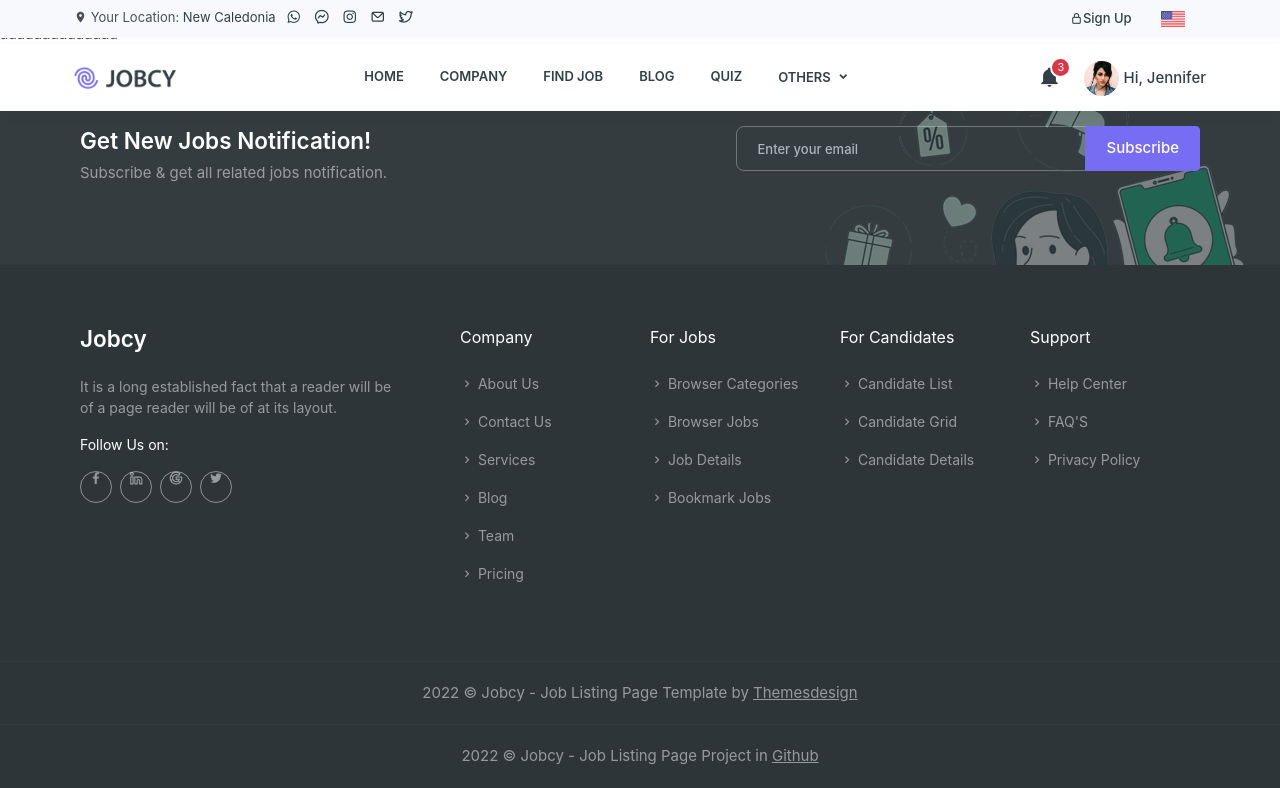
Repository: waflol/hrpm-frontend
Page: / (app in frontend/)
An editor plug-in stored every save of this project. The page is shown before and after the next save, followed by the edit.
The browser window is 1280 px wide. The pictures show the whole page.
The project was rebuilt for these pictures with package versions that can differ from the ones it lists, and the page was loaded fresh each time. Also part of the build but not shown: frontend/craco.config.js, frontend/src/shared/components/Navigations/LoginButton.jsx.

Above is the page before, as saved 2022-10-13 15:18:14.

### frontend/src/App.js
import MainNavBar from './shared/components/Navigations/MainNavBar';
import MainTopBar from './shared/components/TopBar/MainTopBar';
import { BrowserRouter, Routes, Route } from 'react-router-dom';
import Footer from './shared/components/Footer';
function App() {
  return (
    <div className="App">
      <BrowserRouter>
        <Routes>
          <Route
            path='/'
            element={
              <div>
                <div>
                  <MainTopBar/>
                  <MainNavBar/>
                </div>
                <section>
                  <br/>
                  <div>
                    aaaaaaaaaaaaaa
                  </div>
                </section>
                <div>
                <Footer/>
                </div>

              </div>
            }>
          </Route>
        </Routes>
      </BrowserRouter>
    </div>
  );
}

export default App;

### frontend/src/shared/components/Navigations/MainNavBar.jsx
import React from "react";
import {Container} from "reactstrap";
import LogoCompany from "./LogoCompany";
import NavToggler from "./NavToggler";
import Notification from "./Notification";
import UserSetting from "./UserSetting";
import LoginButton from "./LoginButton";
const MainNavBar = () => {
  return (
    <React.Fragment>
      <nav className="navbar navbar-expand-lg fixed-top sticky p-0 " id="navigation">
        <Container fluid className="custom-container">
          <LogoCompany/>
          <NavToggler/>

          <ul className="header-menu list-inline d-flex align-items-center mb-0">
            <Notification/>
            <UserSetting/>
          </ul>
        </Container>
      </nav>
    </React.Fragment>
  )
}

export default MainNavBar;

### frontend/src/shared/components/TopBar/MainTopBar.jsx
import React from "react";
import {Col, Container, Row} from "reactstrap";

import YourLocations from "./YourLocations";
import SignUpLink from "./SignUpLink";
import LanguageSelector from "./LanguageSelector";

const MainTopBar = () => {
  return (
    <React.Fragment>
      <div className="top-bar" style={{zIndex: 1030}}>
        <Container fluid className="custom-container">
          <Row className="g-0 align-items-center">
            <YourLocations/>

            <Col md={5}>
              <ul className="list-inline mb-0 text-center text-md-end">
                <SignUpLink/>
                <LanguageSelector/>
              </ul>
            </Col>
          </Row>
        </Container>
      </div>
    </React.Fragment>
  );
};

export default MainTopBar;

### frontend/src/shared/components/Footer/index.jsx
import React from 'react'
import MainFooter from './MainFooter'
import FooterAlt from './FooterAlt'
import Subscribe from './Subscribe'
const Index = () => {
  return (
    <React.Fragment>
        <Subscribe/>
        <MainFooter/>
        <FooterAlt/>
    </React.Fragment>
  )
}

export default Index

### frontend/src/shared/components/Navigations/LogoCompany.jsx
import React from 'react'
import { Link } from 'react-router-dom';
import darkLogo from "../../../assets/images/logo-dark.png";
import lightLogo from "../../../assets/images/logo-light.png";
const LogoCompany = () => {
    return (
        <Link className="navbar-brand text-dark fw-bold me-auto" to="/">
            <img src={darkLogo} height="22" alt="" className="logo-dark" />
            <img src={lightLogo} height="22" alt="" className="logo-light" />
        </Link>
    )
}

export default LogoCompany

### frontend/src/shared/components/Navigations/NavToggler.jsx
import React, { useState } from "react";
import NavLinks from "./NavLinks";
import { Collapse, NavbarToggler } from "reactstrap";
const NavToggler = () => {
    const [isOpen, setIsOpen] = useState(false);
    const toggle = () => setIsOpen(!isOpen);
    return (
        <>
            <div>
                <NavbarToggler className="me-3" type="button" onClick={() => toggle()}>
                    <i className="mdi mdi-menu"></i>
                </NavbarToggler>
            </div>
            <Collapse isOpen={isOpen} className="navbar-collapse" id="navbarCollapse">
                <NavLinks />
            </Collapse>
        </>

    )
}

export default NavToggler;

### frontend/src/shared/components/Navigations/UserSetting.jsx
import React, { useState } from "react";
import {
    Dropdown,
    DropdownToggle,
    DropdownMenu,
} from "reactstrap";
import profileImage from "../../../assets/images/profile.jpg";
import { Link } from 'react-router-dom';

const UserSetting = () => {
    const [userProfile, setUserProfile] = useState(false);
    const dropDownuserprofile = () => setUserProfile((prevState) => !prevState);
    return (
        <Dropdown
            onClick={() => setUserProfile(!userProfile)}
            isOpen={userProfile}
            toggle={dropDownuserprofile}
            className="list-inline-item">
            <DropdownToggle to="#" className="header-item" id="userdropdown" type="button" tag="a" aria-expanded="false">
                <img src={profileImage} alt="mdo" width="35" height="35" className="rounded-circle me-1" />
                <span className="d-none d-md-inline-block fw-medium">Hi, Jennifer</span>
            </DropdownToggle>
            <DropdownMenu className="dropdown-menu-end" aria-labelledby="userdropdown" end>
                <li><Link className="dropdown-item" to="/managejobs">Manage Jobs</Link></li>
                <li><Link className="dropdown-item" to="/bookmarkjobs">Bookmarks Jobs</Link></li>
                <li><Link className="dropdown-item" to="/myprofile">My Profile</Link></li>
                <li><Link className="dropdown-item" to="/signout">Logout</Link></li>
            </DropdownMenu>
        </Dropdown>
    )
}

export default UserSetting

### frontend/src/shared/components/TopBar/YourLocations.jsx
import React from "react";
import {Col} from "reactstrap";
import { Link } from "react-router-dom";
import { iconTobar } from "./IconBar";
//import images

const YourLocations = () => {
    return (
        <Col md={7}>
            <ul className="list-inline mb-0 text-center text-md-start">
                <li className="list-inline-item">
                    <p className="fs-13 mb-0">
                        {" "}
                        <i className="mdi mdi-map-marker"></i> Your Location:{" "}
                        <Link to="#" className="text-dark">
                            New Caledonia
                        </Link>
                    </p>
                </li>
                <li className="list-inline-item">
                    <ul className="topbar-social-menu list-inline mb-0">
                        {(iconTobar || []).map((icon, key) => (
                            <li className="list-inline-item" key={key}>
                                <Link to="/" className="social-link">
                                    <i className={icon.classname}></i>
                                </Link>
                            </li>
                        ))}
                    </ul>
                </li>
            </ul>
        </Col>
    )
}

export default YourLocations

### frontend/src/shared/components/TopBar/LanguageSelector.jsx
import React, { useState } from "react";
import {
    Dropdown,
    DropdownToggle,
    DropdownMenu,
    DropdownItem,
} from "reactstrap";

//import images
import flagUs from "../../../assets/images/flags/us.jpg";
import flagSp from "../../../assets/images/flags/spain.jpg";
import flagGr from "../../../assets/images/flags/germany.jpg";
import flagIt from "../../../assets/images/flags/italy.jpg";
import flagRu from "../../../assets/images/flags/russia.jpg";

const LanguageSelector = () => {
    //Language Dropdown
    const [dropdownOpen, setDropdownOpen] = useState(false);

    const toggle = () => setDropdownOpen((prevState) => !prevState);
    return (
        <li className="list-inline-item align-middle">
            <Dropdown
                isOpen={dropdownOpen}
                toggle={toggle}
                className="d-inline-block language-switch"

            >
                <DropdownToggle tag="button" type="button" className="btn">
                    <img
                        src={flagUs}
                        alt=""
                        height="16"
                    />
                </DropdownToggle>

                <DropdownMenu className="dropdown-menu-end" end>
                    <DropdownItem
                        to="/"
                        className="dropdown-item notify-item language"
                        data-lang="eng"
                    >
                        <img
                            src={flagUs}
                            alt=""
                            className="me-1"
                            height="12"
                        />
                        <span className="align-middle">English</span>
                    </DropdownItem>
                    <DropdownItem
                        to="/"
                        className="dropdown-item notify-item language"
                        data-lang="sp"
                    >
                        <img
                            src={flagSp}
                            alt=""
                            className="me-1"
                            height="12"
                        />
                        <span className="align-middle">Spanish</span>
                    </DropdownItem>
                    <DropdownItem
                        to="/"
                        className="dropdown-item notify-item language"
                        data-lang="gr"
                    >
                        <img
                            src={flagGr}
                            alt=""
                            className="me-1"
                            height="12"
                        />
                        <span className="align-middle">German</span>
                    </DropdownItem>
                    <DropdownItem
                        to="/"
                        className="dropdown-item notify-item language"
                        data-lang="it"
                    >
                        <img
                            src={flagIt}
                            alt=""
                            className="me-1"
                            height="12"
                        />
                        <span className="align-middle">Italian</span>
                    </DropdownItem>
                    <DropdownItem
                        to="/"
                        className="dropdown-item notify-item language"
                        data-lang="ru"
                    >
                        <img
                            src={flagRu}
                            alt=""
                            className="me-1"
                            height="12"
                        />
                        <span className="align-middle">Russian</span>
                    </DropdownItem>
                </DropdownMenu>
            </Dropdown>
        </li>
    )
}

export default LanguageSelector

### frontend/src/shared/components/Footer/MainFooter.jsx
import React from 'react'
import { Row, Col, Container } from 'reactstrap'
import { Link } from "react-router-dom";
const MainFooter = () => {
  const footer = [
    {
        id: 1,
        title: "Company",
        menu: [
            {
                id: 1,
                link: "/about",
                subTitle: "About Us"
            },
            {
                id: 2,
                link: "/contact",
                subTitle: "Contact Us"
            },
            {
                id: 3,
                link: "/services",
                subTitle: "Services"
            },
            {
                id: 4,
                link: "/blog",
                subTitle: "Blog"
            },
            {
                id: 5,
                link: "/team",
                subTitle: "Team"
            },
            {
                id: 6,
                link: "/pricing",
                subTitle: "Pricing"
            },
        ]
    },
    {
        id: 2,
        title: "For Jobs",
        menu: [
            {
                id: 1,
                link: "/jobscategories",
                subTitle: "Browser Categories"
            },
            {
                id: 2,
                link: "/joblist",
                subTitle: "Browser Jobs"
            },
            {
                id: 3,
                link: "/jobdetails",
                subTitle: "Job Details"
            },
            {
                id: 4,
                link: "/bookmarkjobs",
                subTitle: "Bookmark Jobs"
            },
        ]
    },
    {
        id: 3,
        title: "For Candidates",
        menu: [
            {
                id: 1,
                link: "/candidatelist",
                subTitle: "Candidate List"
            },
            {
                id: 2,
                link: "/candidategrid",
                subTitle: "Candidate Grid"
            },
            {
                id: 3,
                link: "/candidatedetails",
                subTitle: "Candidate Details"
            }
        ]
    },
    {
        id: 4,
        title: "Support",
        menu: [
            {
                id: 1,
                link: "/contact",
                subTitle: "Help Center"
            },
            {
                id: 2,
                link: "/faqs",
                subTitle: "FAQ'S"
            },
            {
                id: 3,
                link: "/privacyandpolicy",
                subTitle: "Privacy Policy"
            }
        ]
    },
];
const footerIcons = [
    {
        id: 1,
        socialIcon: "uil uil-facebook-f",
    },
    {
        id: 2,
        socialIcon: "uil uil-linkedin-alt",
    },
    {
        id: 3,
        socialIcon: "uil uil-google",
    },
    {
        id: 4,
        socialIcon: "uil uil-twitter",
    }
];
return (
    <React.Fragment>
        <section className="bg-footer">
            <Container>
                <Row>
                    <Col lg={4}>
                        <div className="footer-item mt-4 mt-lg-0 me-lg-5">
                            <h4 className="text-white mb-4">Jobcy</h4>
                            <p className="text-white-50">It is a long established fact that a reader will be of a page reader
                                will be of at its layout.</p>
                            <p className="text-white mt-3">Follow Us on:</p>
                            <ul className="footer-social-menu list-inline mb-0" >
                                {(footerIcons).map((footerIcondetails, key) => (
                                    <li className="list-inline-item" key={key}>
                                        <Link to="#" className=""><i className={footerIcondetails.socialIcon}></i></Link>
                                    </li>
                                ))}
                            </ul>
                        </div>
                    </Col>
                    {(footer).map((footerdetails, key) => (
                        <Col lg={2} xs={6} key={key}>
                            <div className="footer-item mt-4 mt-lg-0">
                                <p className="fs-16 text-white mb-4">{footerdetails.title}</p>
                                {(footerdetails.menu || []).map((menuInner, key) => (
                                    <ul className="list-unstyled footer-list mb-0" key={key}>
                                        <li><Link to={menuInner.link}><i className="mdi mdi-chevron-right"></i> {menuInner.subTitle}</Link></li>
                                    </ul>
                                ))}
                            </div>
                        </Col>
                    ))}
                </Row>
            </Container>
        </section>
        <div className="footer-alt">
            <Container >
                <Row >
                    <Col lg={12}>
                        <p className="text-white-50 text-center mb-0">
                            {new Date().getFullYear()} &copy; Jobcy - Job Listing Page
                            Template by <Link to="//themesdesign.in/" target="_blank"
                                className="text-reset text-decoration-underline">Themesdesign</Link>
                        </p>
                    </Col>
                </Row>
            </Container>
        </div>
    </React.Fragment>
)
}

export default MainFooter

### frontend/src/shared/components/Footer/FooterAlt.jsx
import React from 'react'
import { Row, Col, Container } from 'reactstrap'

const FooterAlt = () => {
  return (
    <div className="footer-alt">
      <Container >
        <Row >
          <Col lg={12}>
            <p className="text-white-50 text-center mb-0">
              {new Date().getFullYear()} &copy; Jobcy - Job Listing Page
              Project in <a
                href="https://github.com/waflol/hrpm" target="_blank" rel="noreferrer" className="text-reset text-decoration-underline">
                Github
              </a>
            </p>
          </Col>
        </Row>
      </Container>
    </div>
  )
}

export default FooterAlt

### frontend/src/shared/components/Footer/Subscribe.jsx
import React from 'react';
import { Col, Container, Row } from "reactstrap";

//Import Image
import subscribeImg from "../../../assets/images/subscribe.png";

const Subscribe = () => {
  return (
    <section className="bg-subscribe">
      <Container>
        <Row className="justify-content-between align-items-center">
          <Col lg={6}>
            <div className="text-center text-lg-start">
              <h4 className="text-white">Get New Jobs Notification!</h4>
              <p className="text-white-50 mb-0">Subscribe & get all related jobs notification.</p>
            </div>
          </Col>
          <Col lg={6}>
            <div className="mt-4 mt-lg-0">
              <form className="subscribe-form" action="#">
                <div className="input-group justify-content-center justify-content-lg-end">
                  <input type="text" className="form-control" id="subscribe" placeholder="Enter your email" />
                  <button className="btn btn-primary" type="button" id="subscribebtn">Subscribe</button>
                </div>
              </form>
            </div>
          </Col>
        </Row>
      </Container>
      <div className="email-img d-none d-lg-block">
        <img src={subscribeImg} alt="" className="img-fluid" />
      </div>
    </section>
  );
};

export default Subscribe

### frontend/src/shared/components/Navigations/NavLinks.jsx
import React, { useState } from "react";
import classname from "classnames";
import {NavItem,NavLink} from "reactstrap";
import { Link } from 'react-router-dom';
const NavLinks = () => {
    const [home, setHome] = useState(false);
    const [company, setCompany] = useState(false);
    const [blog, setBlog] = useState(false);

    return (
        <ul className="navbar-nav mx-auto navbar-center">
            <NavItem className="dropdown dropdown-hover">
                <NavLink to="/" id="homedrop" className="arrow-none" onClick={() => setHome(!home)}> Home </NavLink>
            </NavItem>
            <NavItem className="dropdown dropdown-hover">
                <NavLink to="/" id="company" className="arrow-none"> Company </NavLink>
            </NavItem>
            <NavItem className="dropdown dropdown-hover">
                <NavLink to="/findjob" id="findjob" className="arrow-none"> Find Job </NavLink>
            </NavItem>
            <NavItem className="dropdown dropdown-hover">
                <NavLink to="/blog" id="productdropdown" role="button" data-bs-toggle="dropdown" onClick={() => setBlog(!blog)}>
                    Blog
                </NavLink>
            </NavItem>
            <NavItem>
                <NavLink className="nav-link" to="/quizz" id="quizz">Quiz</NavLink>
            </NavItem>
            <NavItem className="dropdown dropdown-hover">
                <NavLink to="/#" id="jobsdropdown" role="button" onClick={() => setCompany(!company)}>
                    Others <div className="arrow-down"></div>
                </NavLink>
                <ul className={classname("dropdown-menu dropdown-menu-center", { show: company })} aria-labelledby="jobsdropdown">
                    <li><Link className="dropdown-item" to="/aboutus">About Us</Link></li>
                    <li><Link className="dropdown-item" to="/services">Services</Link></li>
                    <li><Link className="dropdown-item" to="/team">Team</Link></li>
                    <li><Link className="dropdown-item" to="/pricing">Pricing</Link></li>
                    <li><Link className="dropdown-item" to="/privacyandpolicy">Priacy & Policy</Link></li>
                    <li><Link className="dropdown-item" to="/faqs">Faqs</Link></li>
                    <li><Link className="dropdown-item" to="/contact">Contact</Link></li>
                </ul>
            </NavItem>
        </ul>
    )
}

export default NavLinks;

### frontend/src/shared/components/TopBar/IconBar.jsx
export const iconTobar = [
    {
        id: 1,
        classname: "uil uil-whatsapp",
    },
    {
        id: 2,
        classname: "uil uil-facebook-messenger-alt",
    },
    {
        id: 3,
        classname: "uil uil-instagram",
    },
    {
        id: 4,
        classname: "uil uil-envelope",
    },
    {
        id: 5,
        classname: "uil uil-twitter-alt",
    },
];

Loaded but not shown: frontend/public/index.html (common file); frontend/src/index.js (common file); frontend/src/index.css (common file); frontend/public/assets/css/bootstrap-purple.min.css (library); frontend/public/assets/css/icons.min.css (library); frontend/public/assets/css/app-purple.min.css (library); frontend/src/shared/components/TopBar/SignUpLink.jsx (136 lines, source omitted); frontend/src/shared/components/Navigations/Notification.jsx (104 lines, source omitted)

After the next save:
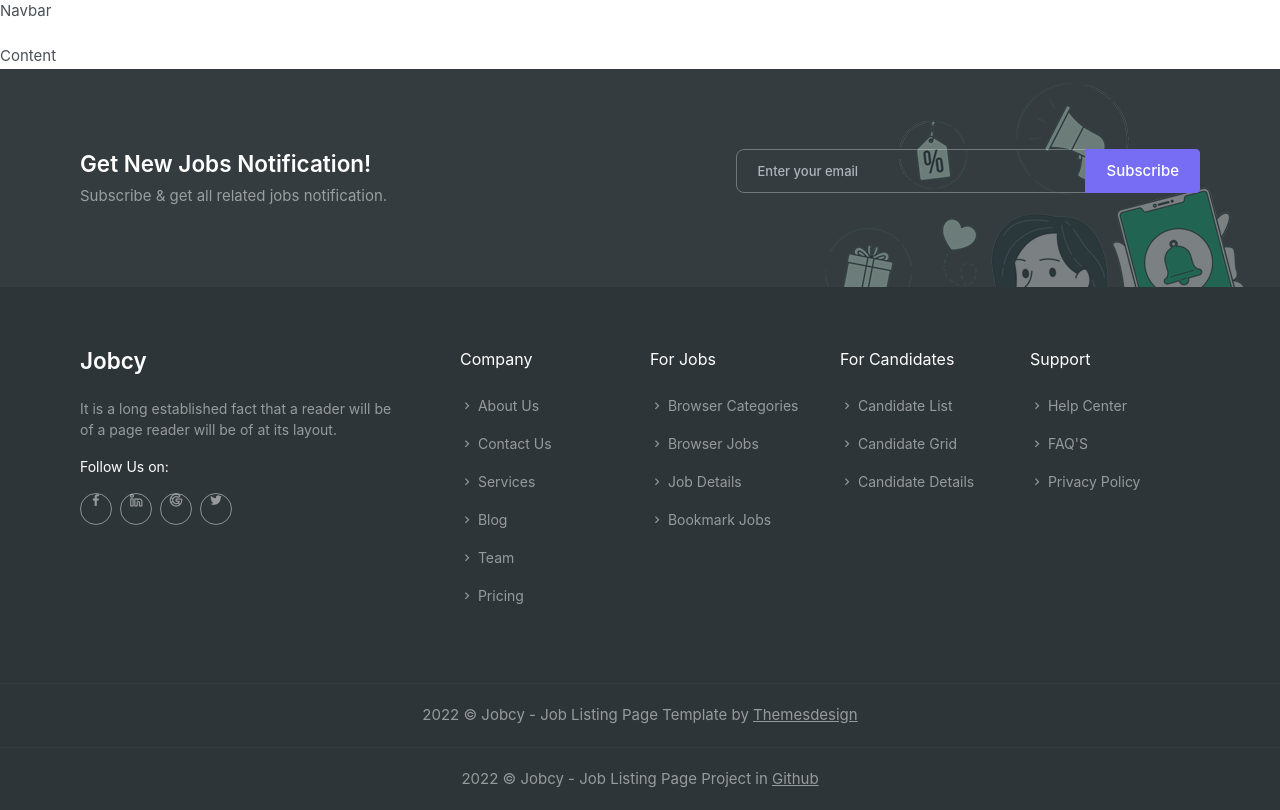
Saved 32 s later.
--- a/frontend/src/App.js
+++ b/frontend/src/App.js
@@ -12,13 +12,14 @@ function App() {
             element={
               <div>
                 <div>
-                  <MainTopBar/>
-                  <MainNavBar/>
+                  {/* <MainTopBar/>
+                  <MainNavBar/> */}
+                  Navbar
                 </div>
                 <section>
                   <br/>
                   <div>
-                    aaaaaaaaaaaaaa
+                    Content
                   </div>
                 </section>
                 <div>
